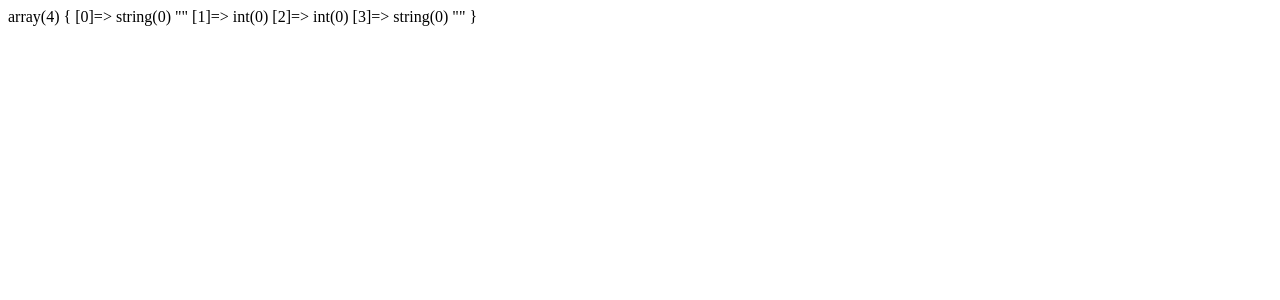
Repository: nersus15/mnTemplate
Page: http://localhost/mnframework/
These files come from the project's save history. The page is drawn as it stood at one moment and after the next save; the edit follows.
The browser window is 1280 px wide. The pictures show the whole page.
The page is run by PHP 8.4 with error messages shown; the project is at /var/www/html/.

Above is the page before, as saved 2020-09-27 00:37:22.

After the next save:
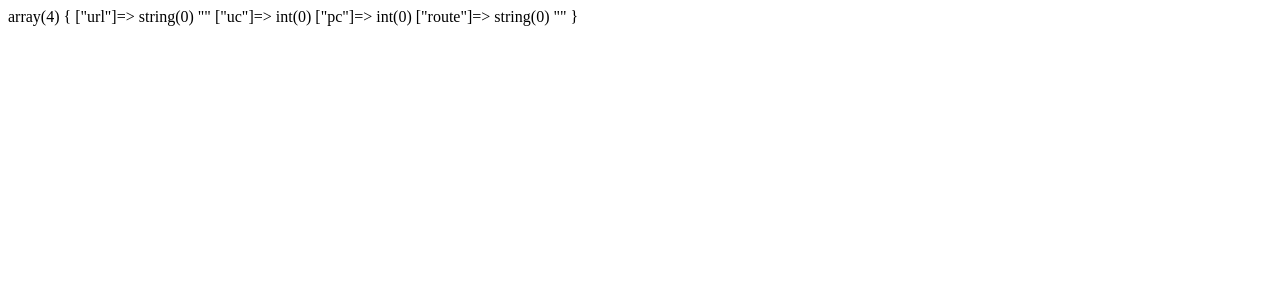
Saved 55 s later.
--- a/apps/core/route.php
+++ b/apps/core/route.php
@@ -67,6 +67,6 @@ class Route {
             else
                 $url_valid .= '/' . $url[$i];
         }
-        return [$url_valid, $url_count, $params_count, $route];
+        return ['url' => $url_valid, 'uc' => $url_count, 'pc' => $params_count, 'route' => $route];
     }
 }
